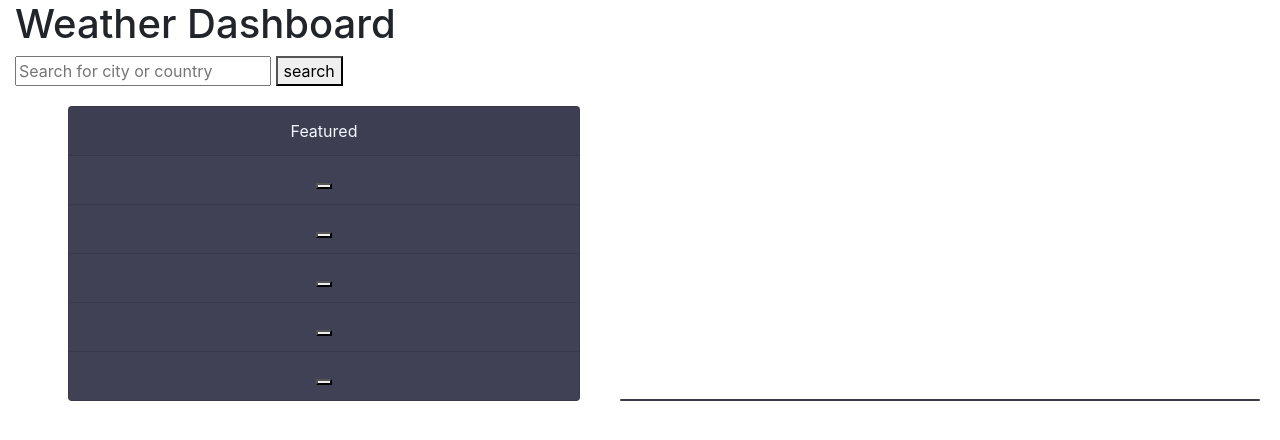
Repository: cobalt88/weather-forecast-app
Page: index.html
The author's editor kept a copy of each file at every save. The page is drawn from the files as they stood at one save, then again after the next save.
The browser window is 1280 px wide. The pictures show the whole page.
The page's requests for data from a server got no answer. Some web libraries are served in a nearby version.

Above is the page before, as saved 2022-05-23 10:54:33.

### index.html
<!DOCTYPE html>
<html lang="en">
  <head>
    <meta charset="UTF-8" />
    <meta http-equiv="X-UA-Compatible" content="IE=edge" />
    <meta name="viewport" content="width=device-width, initial-scale=1.0" />
    <link
      rel="stylesheet"
      href="https://stackpath.bootstrapcdn.com/bootstrap/4.3.1/css/bootstrap.min.css"
    />
    <link
      rel="stylesheet"
      href="https://use.fontawesome.com/releases/v5.8.1/css/all.css"
      integrity="sha384-50oBUHEmvpQ+1lW4y57PTFmhCaXp0ML5d60M1M7uH2+nqUivzIebhndOJK28anvf"
      crossorigin="anonymous"
    />
    <link
      href="https://fonts.googleapis.com/css?family=Open+Sans&display=swap"
      rel="stylesheet"
    />

    <link href="./assets/style.css" rel="stylesheet" />
    <title>Weather</title>
  </head>

  <body>
    <header>
      <h1 class="center col-12">Weather Dashboard</h1>
    </header>
    <div class="col-xl-4 col-lg-4 col-md-4 col-sm-4 col-4">
      <input
        type="text"
        id="searchInput"
        placeholder="Search for city or country"
      />
      <button type="button" id="search-button">search</button>
    </div>
    <div class="cardContainer">
        <div  id="history" class="card history-card">
          <div class="card-header">
            Featured
          </div>
            <ul class="list-group list-group-flush">
              <li class="list-group-item"><button type="button" class="list-button" id="city-one"> </button></li>
              <li class="list-group-item"><button type="button" class="list-button" id="city-two"> </button></li>
              <li class="list-group-item"><button type="button" class="list-button" id="city-three"> </button></li>
              <li class="list-group-item"><button type="button" class="list-button" id="city-four"> </button></li>
              <li class="list-group-item"><button type="button" class="list-button" id="city-five"> </button></li>
          </ul>
        </div>
        <div class="card" id="today">
      </div>
    </div>
    <div id="5-day-container" class="cardContainer">
    </div>
    <script src="https://code.jquery.com/jquery-3.4.1.min.js"></script>
    <script src="https://cdnjs.cloudflare.com/ajax/libs/moment.js/2.20.1/moment.min.js"></script>
    <script src="./assets/logic_2.js"></script>
  </body>
</html>

### assets/style.css
.card {
  display: flex;
  background-color: rgb(65, 65, 85);
  color: aliceblue;
  margin: 20px;
}

.history-card {
  display: flex;
  justify-content: flex-start;
  width: 40%;
  text-align: center;
}

.list-group-item {
  background-color: rgb(65, 65, 85);
}

#today {
  display: flex;
  width: 50%;
  max-height: 500px;
  align-self: flex-end;
}

img {
  max-height: 100px;
  max-width: 100px;
}

.cardContainer {
  display: flex;
  flex-direction: row;
  justify-content: flex-end;
  flex-wrap: wrap;
}

.cityList {
  display: flex;
  flex-direction: row;
  width: 25%;
  max-width: 500px;
}

.uvMin{
  color: green;
}

.uvModerate {
  color: rgb(254, 254, 68);
}

.uvHigh {
  color: orange;
}

.uvSevere {
  color: red;
}

.uvExtreme {
  color: violet
}

@media only screen and (max-width: 900px) {
  #today {
    width: 90%;
  }

  .history-card {
    width: 90%;
  }

}

@media only screen and (max-width: 500px) {
  .cardContainer {
    display: flex;
    flex-direction: column;
    justify-content: center;
    align-items: center;
  }
}

### assets/logic_2.js

const apiKey = '486a30fe2a4040f404391459060015ad';
var displayArr = [];
var geoArr = [];
var oneCallDataArr = [];
var searchInput = localStorage.getItem('lastSearch');
var lat = '';
var lon = '';
var forecastContainer = document.getElementById('5-day-container');
var currentDay = document.getElementById('today');
const history = document.getElementById('history-container');
const historyArr = ['Orlando', 'New York', 'Denver', 'Dallas', 'Anchorage'];

function geoLocate() {
  var requestLocationUrl = `https://api.openweathermap.org/geo/1.0/direct?q=${searchInput}&limit=1&appid=${apiKey}`
  fetch(requestLocationUrl)
  .then(function(response){
    return response.json();
  })
  .then(function(currentLocation) {
    let tempArr = [];
    tempArr.push(currentLocation);
    geoArr = tempArr;
    let lat2 = geoArr[0][0].lat;
    lat = lat2;
    let lon2 = geoArr[0][0].lon;
    lon = lon2;
  })
.then(function(){
    oneCall();
  });
};

function oneCall() {
  let oneCallApi = `https://api.openweathermap.org/data/2.5/onecall?lat=${lat}&lon=${lon}&exclude=minutely&appid=${apiKey}`
  fetch(oneCallApi)
  .then(function(response){
    return response.json();
  })
  .then(function(allData) {
    let tempArr = [];
    tempArr.push(allData)
    oneCallDataArr = tempArr;
    forecastDisplayHandler();
  })
  .then(function(){
    // console.log(oneCallDataArr)
  })
};

  function kelvinToImperial (x) {
    Math.round((x - 273.15) * 1.8 + 32);
  }



const forecastDisplayHandler = async() => {
  forecastContainer.innerHTML = '';
  var now = moment().format('dddd MMMM do YYYY, h:mm a');
  var currentCity = geoArr[0][0].name;
  //note to self, add function to convert current time to unix time with moments and compare to values in this object to get current temp
  let tempKd = oneCallDataArr[0].daily[0].temp.day;
  let tempKmax = oneCallDataArr[0].daily[0].temp.max;
  let tempKmin = oneCallDataArr[0].daily[0].temp.min;
  let tempKe = oneCallDataArr[0].daily[0].temp.eve;

  let tempFd = Math.round((tempKd - 273.15) * 1.8 + 32);
  let tempFmin = Math.round((tempKmin - 273.15) * 1.8 + 32);
  let tempFmax = Math.round((tempKmax - 273.15) * 1.8 + 32);
  let tempFe = Math.round((tempKe - 273.15) * 1.8 + 32);

  let windSpeed = oneCallDataArr[0].daily[0].wind_speed;
  let windGust = oneCallDataArr[0].daily[0].wind_gust;
  let windDir = oneCallDataArr[0].daily[0].wind_deg;
  let humidity = oneCallDataArr[0].daily[0].humidity;
  let uvIndex = oneCallDataArr[0].daily[0].uvi;
  let icon = oneCallDataArr[0].daily[0].weather[0].icon;
  let uvStyle = (uvIndex < 2) ? 'uvMin' : (uvIndex < 5) ? 'uvModerate' : (uvIndex < 7) ? 'uvHigh' : (uvIndex < 10) ? 'uvSevere' : 'uvExtreme';


  let iconSrc = `https://openweathermap.org/img/wn/${icon}@2x.png`

   currentDay.innerHTML =
  `

    <h2 id="city">${currentCity}</h2>
    <h4 id="date">${now}</h4>
    <img src="${iconSrc}" alt="Weather Icon">
    <p id="weather-${i}></p>
    <p id="temp-${i}">Day Temp: ${tempFd}</p>
    <p id="temp-${i}">Evening Temp: ${tempFe}</p>
    <p id="temp-${i}">Max Temp: ${tempFmax}</p>
    <p id="temp-${i}">Min Temp: ${tempFmin}</p>
    <p id="wind-${i}">Average Wind Speed: ${windSpeed}</p>
    <p id="wind-${i}">Wind Gust: ${windGust}</p>
    <p id="humidity-${i}">Relative Humidity: ${humidity}%</p>
    <p id="uv-index${i}" class="${uvStyle}">UV Index: ${uvIndex}</p>
    `;



for (var i = 1; i < 6; i++) {

  let unixTime = oneCallDataArr[0].daily[i].dt;
  let dateString = moment.unix(unixTime).format("MM/DD/YYYY");

  let tempKd = oneCallDataArr[0].daily[i].temp.day;
  let tempKe = oneCallDataArr[0].daily[i].temp.eve;
  let tempKmax = oneCallDataArr[0].daily[i].temp.max;
  let tempKmin = oneCallDataArr[0].daily[i].temp.min;

  let tempFd = Math.round((tempKd - 273.15) * 1.8 + 32);
  // let tempFd = kelvinToImperial(tempKd);
  let tempFe = Math.round((tempKe - 273.15) * 1.8 + 32);
  let tempFmin = Math.round((tempKmin - 273.15) * 1.8 + 32);
  let tempFmax = Math.round((tempKmax - 273.15) * 1.8 + 32);

  let humidity = oneCallDataArr[0].daily[i].humidity;
  let uvIndex = oneCallDataArr[0].daily[i].uvi;
  let icon = oneCallDataArr[0].daily[i].weather[0].icon;
  let uvStyle = (uvIndex < 2) ? 'uvMin' : (uvIndex < 5) ? 'uvModerate' : (uvIndex < 7) ? 'uvHigh' : (uvIndex < 10) ? 'uvSevere' : 'uvExtreme';


  let iconSrc = `https://openweathermap.org/img/wn/${icon}@2x.png`

  forecastContainer.innerHTML +=
      `
      <div id="day ${i}" class="card col-10 col-sm-5 col-lg-3">
        <h2 id="date" class="card-title">${dateString}</h2>
          <img src="${iconSrc}" class="card-img-top" alt="Weather Icon"/>
            <p id="weather-${i}></p>
            <p id="temp-${i}">Max Temp: ${tempFmin}</p>
            <p id="temp-${i}">Min Temp: ${tempFmax}</p>
            <p id="humidity-${i}">Relative Humidity: ${humidity}%</p>
            <p id="uv-index${i}" class="${uvStyle}">UV Index: ${uvIndex}</p>
      </div>
    `
};
}



const storage = () => {
  storedStuff = localStorage.getItem(city);
  history.push(storedStuff);
}

function displayHistory() {
for(var i = 0; i < 5; i++) {
  history.innerHTML +=  `<li class="list-group-item"><button type="button" class="list-button">${historyArr[i]}</button></li>`


  }
}

$("#search-button").on("click", function () {
  searchInput = $(this).siblings("#searchInput").val();
  localStorage.setItem('city', searchInput);
  geoLocate();
  storage();
});

$(".list-button").on("click", function(){
  let test = $(this)
  console.log(test);
});



$(document).ready(function(){


  searchInput = 'Orlando';
  geoLocate();

  // loadStorage()
  // displayHistory()
} );

After the next save:
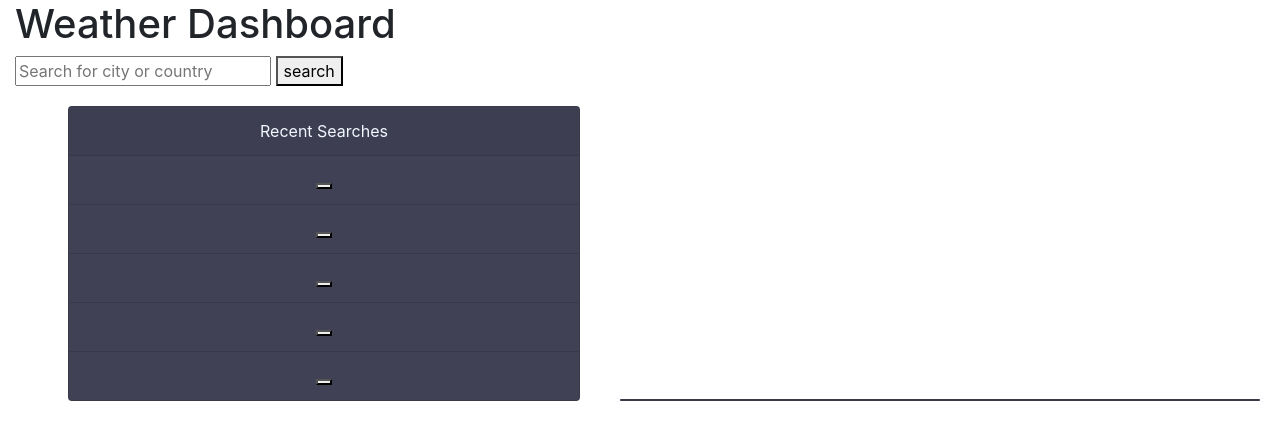
Saved 1 s later.
--- a/index.html
+++ b/index.html
@@ -38,10 +38,10 @@
     <div class="cardContainer">
         <div  id="history" class="card history-card">
           <div class="card-header">
-            Featured
+            Recent Searches
           </div>
-            <ul class="list-group list-group-flush">
-              <li class="list-group-item"><button type="button" class="list-button" id="city-one"> </button></li>
+            <ul class="list-group list-group-flush" id="history-container">
+              <li class="list-group-item"><button type="button" class="list-button"> </button></li>
               <li class="list-group-item"><button type="button" class="list-button" id="city-two"> </button></li>
               <li class="list-group-item"><button type="button" class="list-button" id="city-three"> </button></li>
               <li class="list-group-item"><button type="button" class="list-button" id="city-four"> </button></li>
